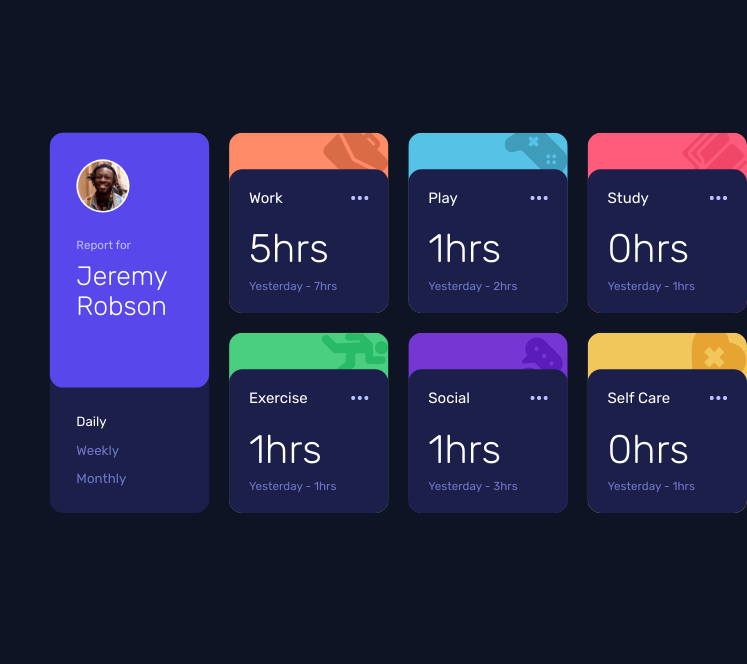
Repository: Jay-JYKim91/FM_time-tracking-dashboard
Page: index.html
These files come from the project's save history. The page is drawn as it stood at one moment and after the next save; the edit follows.
The browser window is 600 px wide. The page is 900 px wide, then 600 px, so the pictures cover 900 px, including what lies to the right of the window. The pictures show the whole page, at 83% of full size.

Above is the page before, as saved 2021-12-19 22:37:37.

### index.html
<!DOCTYPE html>
<html lang="en">
<head>
  <meta charset="UTF-8">
  <meta name="viewport" content="width=device-width, initial-scale=1.0"> <!-- displays site properly based on user's device -->

  <link rel="icon" type="image/png" sizes="32x32" href="./images/favicon-32x32.png">

  <title>Time tracking dashboard</title>
  <link rel="stylesheet" href="https://cdnjs.cloudflare.com/ajax/libs/normalize/8.0.1/normalize.min.css" integrity="sha512-NhSC1YmyruXifcj/KFRWoC561YpHpc5Jtzgvbuzx5VozKpWvQ+4nXhPdFgmx8xqexRcpAglTj9sIBWINXa8x5w==" crossorigin="anonymous" referrerpolicy="no-referrer" />
  <link rel="preconnect" href="https://fonts.googleapis.com">
  <link rel="preconnect" href="https://fonts.gstatic.com" crossorigin>
  <link href="https://fonts.googleapis.com/css2?family=Rubik:wght@300;400;500&display=swap" rel="stylesheet">
  <link rel="stylesheet" href="style.css">
  <script src="main.js" defer></script>
</head>
<body>
  <section class="container">
    <article class="card profile-card">
        <div class="profile-card--name">
          <div class="profile-img-box">
            <img src="./images/image-jeremy.png" alt="jeremy" class="profile-img">
          </div>
          <p>Report for</p>
          <p class="name">Jeremy Robson</p>
        </div>
        <div class="option">
          <input type="radio" name="period" value="daily" id="daily"  data-time="date" checked>
          <label for="daily" class="change-duration" id="daily-label">Daily</label>
          <input type="radio" name="period" value="weekly" id="weekly" data-time="week">
          <label for="weekly" class="change-duration" id="weekly-label">Weekly</label>
          <input type="radio" name="period" value="monthly" id="monthly" data-time="month">
          <label for="monthly" class="change-duration" id="monthly-label">Monthly</label>
        </div>
        <!-- <ul>
          <li>Daily</li>
          <li><a href="">Weekly</a></li>
          <li><a href="">Monthly</a></li>
        </ul> -->
    </article>
    <article class="card feature-card work-bg">
      <div class="card feature-card--text">
        <div class="title-wrapper">
          <p class="title">Work</p>
          <img src="./images/icon-ellipsis.svg" alt="ellipsis">
        </div>
        <p class="time"></p>
        <p class="previous-time"></p>
      </div>
    </article>
    <article class="card feature-card play-bg">
      <div class="card feature-card--text">
        <div class="title-wrapper">
          <p class="title">Play</p>
          <img src="./images/icon-ellipsis.svg" alt="ellipsis">
        </div>
        <p class="time"></p>
        <p class="previous-time"></p>
      </div>
    </article>
    <article class="card feature-card study-bg">
      <div class="card feature-card--text">
        <div class="title-wrapper">
          <p class="title">Study</p>
          <img src="./images/icon-ellipsis.svg" alt="ellipsis">
        </div>
        <p class="time"></p>
        <p class="previous-time"></p>
      </div>
    </article>
    <article class="card feature-card exercise-bg">
      <div class="card feature-card--text">
        <div class="title-wrapper">
          <p class="title">Exercise</p>
          <img src="./images/icon-ellipsis.svg" alt="ellipsis">
        </div>
        <p class="time"></p>
        <p class="previous-time"></p>
      </div>
    </article>
    <article class="card feature-card social-bg">
      <div class="card feature-card--text">
        <div class="title-wrapper">
          <p class="title">Social</p>
          <img src="./images/icon-ellipsis.svg" alt="ellipsis">
        </div>
        <p class="time"></p>
        <p class="previous-time"></p>
      </div>
    </article>
    <article class="card feature-card self-care-bg">
      <div class="card feature-card--text">
        <div class="title-wrapper">
          <p class="title">Self Care</p>
          <img src="./images/icon-ellipsis.svg" alt="ellipsis">
        </div>
        <p class="time"></p>
        <p class="previous-time"></p>
      </div>
    </article>
  </section>








  <!-- <div class="attribution">
    Challenge by <a href="https://www.frontendmentor.io?ref=challenge" target="_blank">Frontend Mentor</a>.
    Coded by <a href="#">Your Name Here</a>.
  </div> -->
</body>
</html>

### style.css
:root {
  --body-font: "Rubik", sans-serif;

  --blue: hsl(246, 80%, 60%);
  --light-red-work: hsl(15, 100%, 70%);
  --soft-blue-play: hsl(195, 74%, 62%);
  --light-red-study: hsl(348, 100%, 68%);
  --lime-green-exercise: hsl(145, 58%, 55%);
  --violet-social: hsl(264, 64%, 52%);
  --soft-orange-self-care: hsl(43, 84%, 65%);
  --very-dark-blue: hsl(226, 43%, 10%);
  --dark-blue: hsl(235, 46%, 20%);
  --desaturated-blue: hsl(235, 45%, 61%);
  --pale-blue: hsl(236, 100%, 87%);
}
body {
  background-color: var(--very-dark-blue);
  color: white;
  font-family: var(--body-font);
}
a {
  text-decoration: none;
  color: white;
}
p {
  margin: 0;
}
.container {
  width: 80vw;
  margin: 20vh auto;
  max-width: 1152px;
  display: grid;
  grid-template-columns: repeat(4, 1fr);
  gap: 1.5em;
}
.card {
  border-radius: 1em;
  background-color: var(--dark-blue);
  min-width: 192px;
  box-sizing: border-box;
}
.profile-card {
  grid-row: 1 / 3;
}
/* .profile-card ul {
  list-style: none;
  padding-left: 2em;
  margin: 2em 0;
} */
.option {
  display: grid;
  padding: 2em;
  grid-gap: 1em;
}
.option input[type="radio"] {
  display: none;
}
.option input[type="radio"]:checked + label {
  color: white;
}
.option label {
  color: var(--desaturated-blue);
  cursor: pointer;
}
.profile-card--name {
  background-color: var(--blue);
  padding: 2em;
  border-radius: 1em;
}
.profile-card--name p {
  color: var(--pale-blue);
  margin: 0;
  font-size: 14px;
}
.profile-card--name .name {
  color: white;
  font-size: 2rem;
  font-weight: 300;
  margin: 0.3em 0 1.5em 0;
}
.profile-img-box {
  width: 64px;
  height: 64px;
  border-radius: 50%;
  background-color: white;
  margin-bottom: 2em;
}
.profile-img {
  width: 60px;
  margin: 2px;
}
.profile-card li {
  margin-bottom: 1em;
}
.profile-card li a {
  font-size: 18px;
  color: var(--desaturated-blue);
}
.feature-card {
  position: relative;
  background-repeat: no-repeat;
  background-position: top right;
  background-position-y: -10px;
}
.feature-card--text {
  position: absolute;
  bottom: 0;
  width: -webkit-fill-available;
  padding: 1.5em;
}
.title-wrapper {
  display: flex;
  justify-content: space-between;
  align-items: center;
}
.title-wrapper .title {
  font-size: 1.125rem;
  font-weight: 400;
  margin: 0;
}
.title-wrapper img {
  /* height: fit-content; */
}
.time {
  font-size: 3rem;
  margin: 0.5em 0 0.2em 0;
  font-weight: 300;
}
.previous-time {
  color: var(--desaturated-blue);
  font-size: 14px;
}

.work-bg {
  background-image: url("./images/icon-work.svg");
  background-color: var(--light-red-work);
}
.play-bg {
  background-image: url("./images/icon-play.svg");
  background-color: var(--soft-blue-play);
}
.exercise-bg {
  background-image: url("./images/icon-exercise.svg");
  background-color: var(--lime-green-exercise);
  background-position-y: 0;
}
.self-care-bg {
  background-image: url("./images/icon-self-care.svg");
  background-color: var(--soft-orange-self-care);
}
.social-bg {
  background-image: url("./images/icon-social.svg");
  background-color: var(--violet-social);
  background-position-y: 0;
}
.study-bg {
  background-image: url("./images/icon-study.svg");
  background-color: var(--light-red-study);
}

/* Tablet size */
@media (min-width: 768px) and (max-width: 1023px) {
  .container {
    grid-template-columns: repeat(3, 1fr);
    grid-template-rows: repeat(3, 1fr);
  }
  .social-bg {
    grid-column: 2 / 3;
    grid-row: 3 / 4;
  }
  .self-care-bg {
    grid-column: 3 / 4;
    grid-row: 3 / 4;
  }
}

/* Mobile size */
@media (max-width: 767px) {
}

### main.js
const defaultCurrent = document.getElementsByClassName('time');
const defaultPrevious = document.getElementsByClassName('previous-time');
let dailyCurrentList   = [];
let dailyPreviousList  = [];
let weeklyCurrentList  = [];
let weeklyPreviousList = [];
let monthlyCurrentList = [];
let monthlyPreviousList = [];

// Get data
fetch('./data.json')
.then(response => response.json())
.then(json_data =>  {
  json_data.forEach(element => {
    dailyCurrentList.push(element.timeframes.daily.current);
    dailyPreviousList.push(element.timeframes.daily.previous);
    weeklyCurrentList.push(element.timeframes.weekly.current);
    weeklyPreviousList.push(element.timeframes.weekly.previous);
    monthlyCurrentList.push(element.timeframes.monthly.current);
    monthlyPreviousList.push(element.timeframes.monthly.previous);
  })
})
.then(() => {
    for (let i = 0; i < dailyCurrentList.length; i++) {
        defaultCurrent[i].innerText = dailyCurrentList[i] + 'hrs';
        defaultPrevious[i].innerText = 'Yesterday - ' + dailyPreviousList[i] + 'hrs';
    }
})

// Display data
let periodOptionList = document.getElementsByName('period');

periodOptionList.forEach(periodOption => {
    periodOption.addEventListener('click', function() {
        if (periodOption.checked) {
            displayData(periodOption.value);
        }
    })
})

//
function displayData(period) {{
    let curList;
    let prevList;
    let detailText;

    switch (period) {
        case 'daily':
            curList = dailyCurrentList;
            prevList = dailyPreviousList;
            detailText = "Yesterday";
            break;
        case 'weekly':
            curList = weeklyCurrentList;
            prevList = weeklyPreviousList;
            detailText = "Last week";
            break;
        case 'monthly':
            curList = monthlyCurrentList;
            prevList = monthlyPreviousList;
            detailText = "Last month";
            break;
    }
    // console.log(curList);
    // console.log(detailText);
    for (let i = 0; i < dailyPreviousList.length; i++) {
        // console.log(curList[i]);
        defaultCurrent[i].innerText = curList[i] + 'hrs';
        defaultPrevious[i].innerText = detailText + ' - ' + prevList[i] + 'hrs';
    }
}}

Loaded but not shown: data.json (common file)

After the next save:
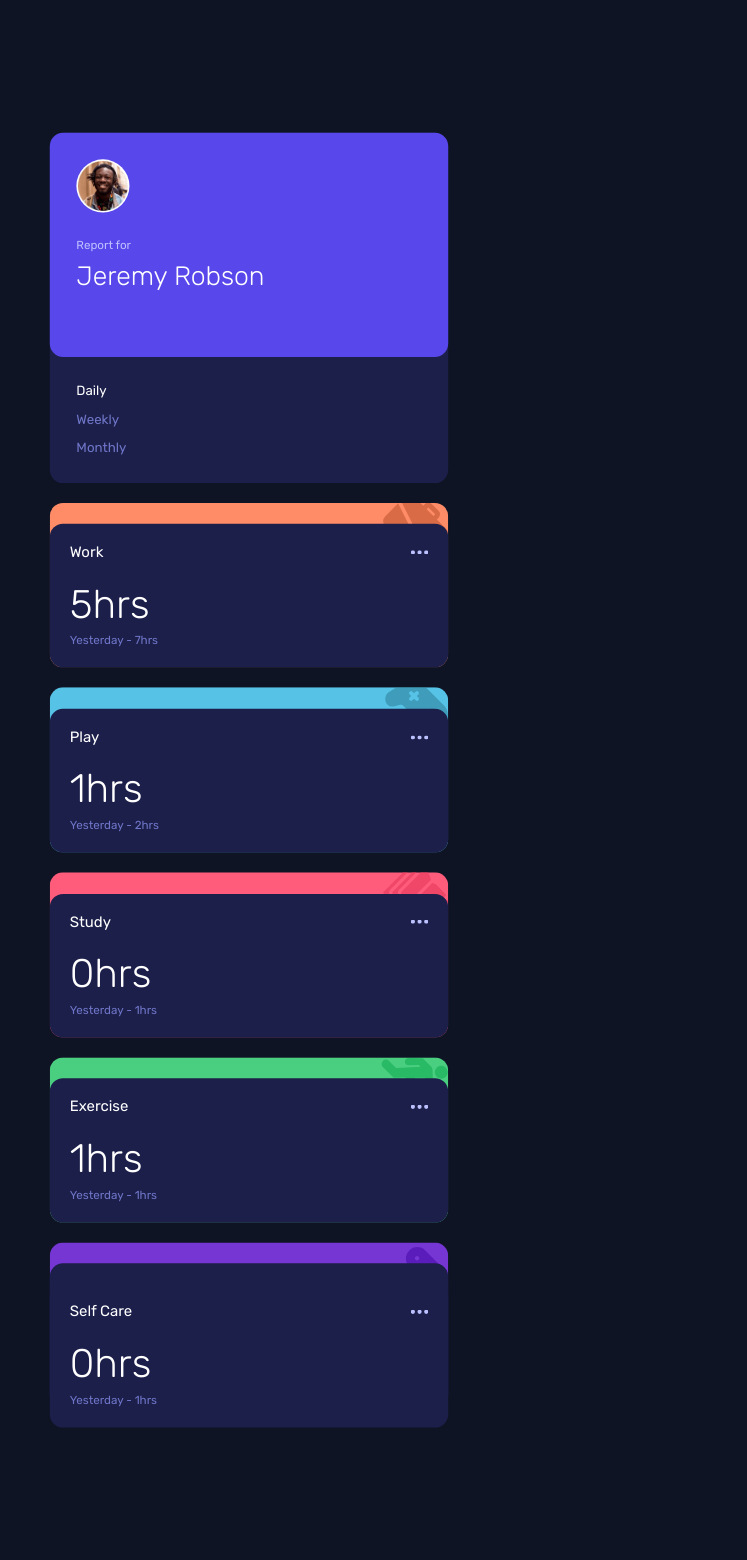
Saved 4 min 31 s later.
--- a/style.css
+++ b/style.css
@@ -176,4 +176,8 @@ p {
 
 /* Mobile size */
 @media (max-width: 767px) {
+  .container {
+    grid-template-columns: 100%;
+    grid-template-rows: repeat(7, 1fr);
+  }
 }
